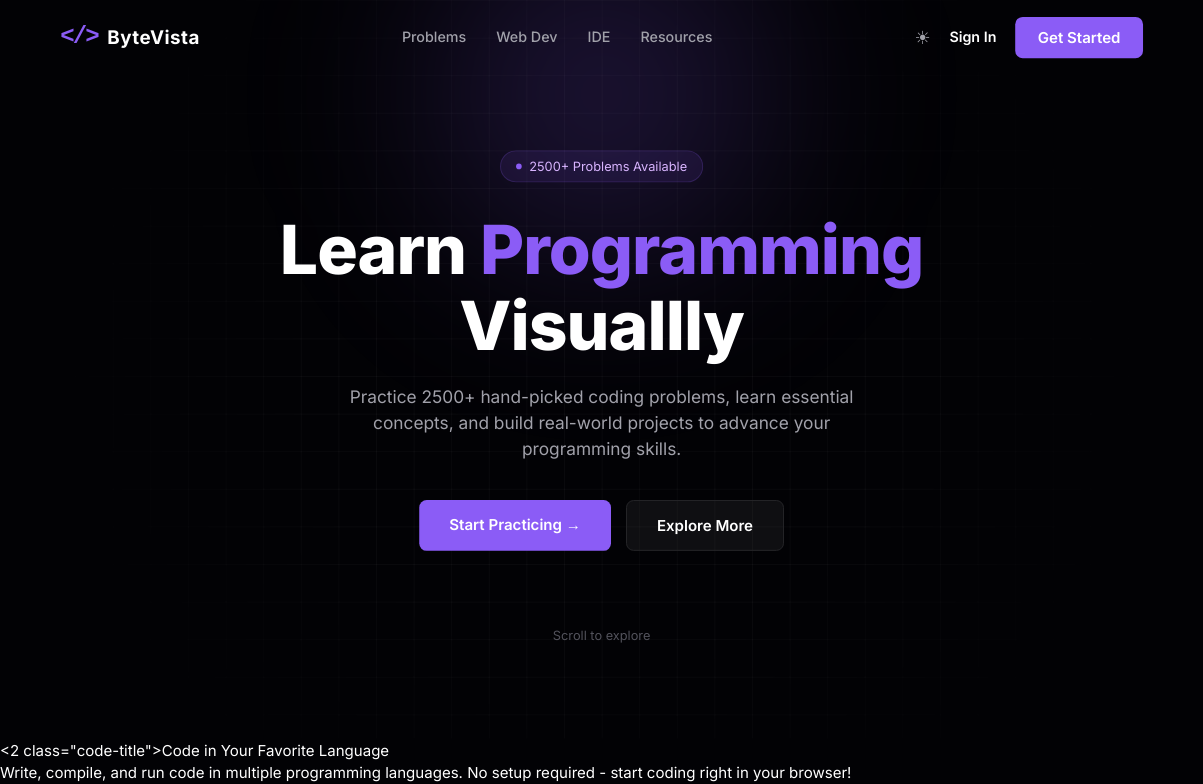
Repository: biswaranjansatapathy2005-lang/ByteVista
Page: frontend/language/language.html
An editor plug-in stored every save of this project. The page is shown before and after a run of saves, followed by the edit.
The browser window is 1280 px wide. The pictures show the whole page, at 94% of full size.
Some web fonts or font styles are not loaded; a fallback is used.

Above is the page before, as saved 2025-12-13 02:51:59.
Console error: TypeError: Cannot read properties of null (reading 'appendChild')

### frontend/language/language.html
<!DOCTYPE html>
<html lang="en">
<head>
    <meta charset="UTF-8">
    <meta name="viewport" content="width=device-width, initial-scale=1.0">
    <title>ByteVista - Learn Programming Visually</title>
    <link rel="stylesheet" href="language.css">

    <link rel="preconnect" href="https://fonts.googleapis.com">
    <link rel="preconnect" href="https://fonts.gstatic.com" crossorigin>
    <link href="https://fonts.googleapis.com/css2?family=Inter:wght@400;500;600;700;800&family=Courier+New:wght@700&display=swap" rel="stylesheet">

    <link rel="stylesheet" type='text/css' href="https://cdn.jsdelivr.net/gh/devicons/devicon@latest/devicon.min.css" />
</head>
<body>
    <div class="background-wrapper">
        <div class="purple-glow" id="glowEffect"></div>
        <div class="grid-pattern"></div>
    </div>
    <header class="navbar" id="navbar">
        <div class="container nav-container">
            <a href="#" class="brand-logo">
                <span class="logo-icon">&lt;/&gt;</span>
                <span class="logo-text">ByteVista</span>
            </a>

            <nav class="nav-links">
                <a href="#">Problems</a>
                <a href="#">Web Dev</a>
                <a href="#">IDE</a>
                <a href="#">Resources</a>
            </nav>

            <div class="nav-actions">
                 <button class="theme-toggle" aria-label="Toggle Theme">☀</button>
                 <a href="#" class="btn-signin">Sign In</a>
                 <a href="#" class="btn-primary">Get Started</a>
            </div>
        </div>
    </header>

    <main>
        <section class="hero-section">
            <div class="hero-bg-grid"></div> <div class="container hero-content">

                <div class="hero-badge">
                    <span class="dot"></span> 2500+ Problems Available
                </div>

                <h1>Learn <span class="text-highlight">Programming</span> <br> <span class="text-white">Visuallly</span></h1>

                <p class="hero-desc">
                    Practice 2500+ hand-picked coding problems, learn essential concepts, and build real-world projects to advance your programming skills.
                </p>

                <div class="hero-buttons">
                    <a href="#" class="btn-primary large">Start Practicing &rarr;</a>
                    <a href="#" class="btn-secondary large">Explore More</a>
                </div>

                <div class="scroll-indicator">Scroll to explore</div>
            </div>
        </section>

        <section class="code-section">
        <2 class="code-title">Code in Your Favorite Language</h2>
        <p class="code-subtitle">
            Write, compile, and run code in multiple programming languages. No setup required - start coding right in your browser!
        </p>
    </section>

    <script src="language.js"></script>
</body>
</html>

### frontend/language/language.css
/* --- Variables & Reset --- */
:root {
    --bg-main: #020205;       /* Very dark background */
    --bg-card: #0f0f11;       /* Card background */
    --bg-card-hover: #18181b;
    --primary-color: #8b5cf6; /* Violet/Purple */
    --primary-hover: #7c3aed;
    --text-main: #ffffff;
    --text-muted: #a1a1aa;
    --border-color: #27272a;
    --grid-line: rgba(255, 255, 255, 0.03);
    --font-main: 'Inter', sans-serif;
}

* { margin: 0; padding: 0; box-sizing: border-box; }

body {
    background-color: var(--bg-main);
    color: var(--text-main);
    font-family: var(--font-main);
    line-height: 1.5;
    overflow-x: hidden;
}

.container {
    max-width: 1200px;
    margin: 0 auto;
    padding: 0 24px;
}

a { text-decoration: none; color: inherit; transition: 0.2s; }
ul { list-style: none; }

/* --- Navbar (Glassmorphism) --- */
.navbar {
    position: fixed;
    top: 0; left: 0; width: 100%;
    padding: 18px 0;
    z-index: 1000;
    background-color: transparent;
    transition: all 0.3s ease;
    border-bottom: 1px solid transparent;
}

.navbar.scrolled {
    background: rgba(2, 2, 5, 0.75); /* Dark semi-transparent */
    backdrop-filter: blur(12px);     /* Glass Blur */
    -webkit-backdrop-filter: blur(12px);
    border-bottom: 1px solid rgba(255, 255, 255, 0.08);
    padding: 12px 0;
}

.nav-container {
    display: flex;
    justify-content: space-between;
    align-items: center;
}

/* Logo */
.brand-logo {
    display: flex;
    align-items: center;
    gap: 10px;
}
.logo-icon {
    font-family: 'Courier New', monospace;
    color: var(--primary-color);
    font-weight: 800;
    font-size: 1.6rem;
    letter-spacing: -2px;
}
.logo-text {
    font-weight: 700;
    font-size: 1.25rem;
    letter-spacing: 0.5px;
}

/* Nav Links */
.nav-links { display: flex; gap: 32px; }
.nav-links a {
    color: var(--text-muted);
    font-weight: 500;
    font-size: 0.95rem;
}
.nav-links a:hover { color: #fff; }

/* Nav Buttons */
.nav-actions { display: flex; align-items: center; gap: 20px; }
.theme-toggle { background: none; border: none; color: var(--text-muted); font-size: 1.2rem; cursor: pointer; }
.btn-signin { font-weight: 600; font-size: 0.95rem; }
.btn-primary {
    background-color: var(--primary-color);
    color: #fff;
    padding: 10px 24px;
    border-radius: 8px;
    font-weight: 600;
    transition: transform 0.2s, background-color 0.2s;
}
.btn-primary:hover {
    background-color: var(--primary-hover);
    transform: translateY(-1px);
}

/* --- Hero Section --- */
.hero-section {
    position: relative;
    padding: 160px 0 100px;
    text-align: center;
    overflow: hidden;
}

/* Background Grid Pattern */
.hero-bg-grid {
    position: absolute;
    top: 0; left: 0; width: 100%; height: 100%;
    background-image:
        linear-gradient(var(--grid-line) 1px, transparent 1px),
        linear-gradient(90deg, var(--grid-line) 1px, transparent 1px);
    background-size: 40px 40px;
    mask-image: radial-gradient(circle at center, black 40%, transparent 80%);
    -webkit-mask-image: radial-gradient(circle at center, black 40%, transparent 80%);
    z-index: -1;
    pointer-events: none;
}
.purple-glow {
    position: absolute;
    top: -150px;
    left: 50%;
    transform: translateX(-50%);
    width: 600px;
    height: 500px;
    background: radial-gradient(circle, rgba(139, 92, 246, 0.25) 0%, rgba(2, 1, 10, 0) 70%);
    filter: blur(80px);
    border-radius: 50%;
    transition: transform 0.2s ease-out; /* Smooth movement for JS */
}

.hero-content {
    display: flex;
    flex-direction: column;
    align-items: center;
}

/* Badge Pill */
.hero-badge {
    background: rgba(139, 92, 246, 0.1);
    border: 1px solid rgba(139, 92, 246, 0.2);
    padding: 6px 16px;
    border-radius: 50px;
    font-size: 0.85rem;
    color: #d8b4fe;
    margin-bottom: 32px;
    display: inline-flex;
    align-items: center;
    gap: 8px;
}
.hero-badge .dot {
    width: 6px; height: 6px; background-color: var(--primary-color); border-radius: 50%;
}

/* Typography */
.hero-section h1 {
    font-size: 4.5rem;
    font-weight: 800;
    line-height: 1.1;
    margin-bottom: 24px;
    letter-spacing: -1px;
}
.text-highlight { color: var(--primary-color); }

.hero-desc {
    color: var(--text-muted);
    font-size: 1.15rem;
    max-width: 600px;
    margin-bottom: 40px;
}

/* Hero Buttons */
.hero-buttons { display: flex; gap: 16px; margin-bottom: 80px; }
.btn-primary.large { padding: 14px 32px; font-size: 1rem; }
.btn-secondary.large {
    padding: 14px 32px;
    font-size: 1rem;
    background: rgba(255,255,255,0.05);
    border: 1px solid var(--border-color);
    border-radius: 8px;
    font-weight: 600;
}
.btn-secondary.large:hover { background: rgba(255,255,255,0.1); }

.scroll-indicator {
    color: #52525b;
    font-size: 0.85rem;
    animation: bounce 2s infinite;
}

@keyframes bounce {
    0%, 20%, 50%, 80%, 100% {transform: translateY(0);}
    40% {transform: translateY(-5px);}
    60% {transform: translateY(-3px);}
}

/* --- Languages Section --- */
.languages-section { padding-bottom: 80px; }
.section-title {
    text-align: center;
    margin-bottom: 48px;
    font-size: 2rem;
    font-weight: 700;
}

/* Grid Layout */
.language-grid {
    display: grid;
    grid-template-columns: repeat(auto-fill, minmax(300px, 1fr));
    gap: 20px;
}

/* Card Styling */
.language-card {
    background-color: var(--bg-card);
    border: 1px solid var(--border-color);
    border-radius: 12px;
    padding: 24px;
    display: flex;
    align-items: flex-start;
    gap: 16px;
    cursor: pointer;
    position: relative;
    transition: all 0.3s ease;
    overflow: hidden;
}

/* Card Hover Effects */
.language-card:hover {
    transform: translateY(-4px);
    background-color: var(--bg-card-hover);
    border-color: #3f3f46;
    box-shadow: 0 10px 30px -10px rgba(0,0,0,0.5);
}

/* Glow Effect */
.language-card::before {
    content: '';
    position: absolute;
    top: 0; left: 0; width: 100%; height: 100%;
    background: radial-gradient(600px circle at var(--mouse-x, center) var(--mouse-y, center), rgba(255,255,255,0.04), transparent 40%);
    opacity: 0;
    transition: opacity 0.3s;
    pointer-events: none;
    z-index: 1;
}
.language-card:hover::before { opacity: 1; }

/* Icon Box */
.card-icon {
    width: 44px; height: 44px;
    border-radius: 8px;
    display: flex;
    align-items: center;
    justify-content: center;
    flex-shrink: 0;
}
.card-icon i { font-size: 24px; }
.card-icon span { font-size: 1.2rem; font-weight: bold; color: #fff; }

/* Content */
.card-content { z-index: 2; flex-grow: 1; }
.card-header {
    display: flex; justify-content: space-between; align-items: baseline;
    margin-bottom: 6px;
}
.lang-name { font-size: 1.1rem; font-weight: 600; color: #fff; }
.lang-ext { font-size: 0.8rem; color: #52525b; font-family: monospace; }
.card-desc { font-size: 0.9rem; color: var(--text-muted); line-height: 1.4; }

/* Responsive Adjustments */
@media (max-width: 768px) {
    .hero-section h1 { font-size: 2.5rem; }
    .nav-links { display: none; } /* Hide links on mobile for simplicity */
}

### frontend/language/language.js
document.addEventListener('DOMContentLoaded', () => {

    // --- 1. Navbar Glass Effect Logic ---
    const navbar = document.getElementById('navbar');

    window.addEventListener('scroll', () => {
        if (window.scrollY > 20) {
            navbar.classList.add('scrolled');
        } else {
            navbar.classList.remove('scrolled');
        }
    });


    // --- 2. Language Cards Data ---
    const languages = [
        { name: 'Python', ext: '.py', desc: 'Write and run Python code online with our free compiler', icon: 'devicon-python-plain colored', bg: 'rgba(55, 118, 171, 0.15)' },
        { name: 'JavaScript', ext: '.js', desc: 'Write and run JavaScript code online with our free compiler', icon: 'devicon-javascript-plain colored', bg: 'rgba(247, 223, 30, 0.15)' },
        { name: 'Java', ext: '.java', desc: 'Write and run Java code online with our free compiler', icon: 'devicon-java-plain colored', bg: 'rgba(231, 111, 0, 0.15)' },
        { name: 'Rust', ext: '.rs', desc: 'Write and run Rust code online with our free compiler', icon: 'devicon-rust-plain', bg: '#27272a' }, // Rust is white
        { name: 'C', ext: '.c', desc: 'Write and run C code online with our free compiler', icon: 'devicon-c-plain colored', bg: 'rgba(0, 89, 156, 0.15)' },
        { name: 'C++', ext: '.cpp', desc: 'Write and run C++ code online with our free compiler', icon: 'devicon-cplusplus-plain colored', bg: 'rgba(0, 89, 156, 0.15)' },
        { name: 'C#', ext: '.cs', desc: 'Write and run C# code online with our free compiler', icon: 'devicon-csharp-plain colored', bg: 'rgba(104, 33, 122, 0.15)' },
        { name: 'Swift', ext: '.swift', desc: 'Write and run Swift code online with our free compiler', icon: 'devicon-swift-plain colored', bg: 'rgba(240, 81, 56, 0.15)' },
        { name: 'Ruby', ext: '.rb', desc: 'Write and run Ruby code online with our free compiler', icon: 'devicon-ruby-plain colored', bg: 'rgba(204, 52, 45, 0.15)' },
        { name: 'TypeScript', ext: '.ts', desc: 'Write and run TypeScript code online with our free compiler', icon: 'devicon-typescript-plain colored', bg: 'rgba(49, 120, 198, 0.15)' },
        { name: 'Go', ext: '.go', desc: 'Write and run Go code online with our free compiler', icon: 'devicon-go-original-wordmark colored', bg: 'rgba(0, 173, 216, 0.15)' },
        { name: 'Kotlin', ext: '.kt', desc: 'Write and run Kotlin code online with our free compiler', icon: 'devicon-kotlin-plain colored', bg: 'rgba(127, 82, 255, 0.15)' },
        { name: 'Dart', ext: '.dart', desc: 'Write and run Dart code online with our free compiler', icon: 'devicon-dart-plain colored', bg: 'rgba(0, 180, 171, 0.15)' },
        { name: 'Zig', ext: '.zig', desc: 'Write and run Zig code online with our free compiler', fallback: 'Z', bg: 'rgba(247, 164, 29, 0.15)' },
        { name: 'Carbon', ext: '.carbon', desc: 'Write and run Carbon code online with our free compiler', fallback: 'C', bg: '#27272a' },
        { name: 'WebAssembly', ext: '.wat', desc: 'Write and run WebAssembly code online with our free compiler', icon: 'devicon-wasm-plain colored', bg: 'rgba(101, 79, 240, 0.15)' },
    ];


    // --- 3. Render Cards & Add Hover Effect ---
    const grid = document.getElementById('language-grid');

    languages.forEach(lang => {
        const card = document.createElement('div');
        card.className = 'language-card';

        // Icon Logic
        let iconHtml;
        if (lang.icon) {
            iconHtml = `<i class="${lang.icon}"></i>`;
        } else {
            iconHtml = `<span>${lang.fallback}</span>`;
        }

        card.innerHTML = `
            <div class="card-icon" style="background-color: ${lang.bg}">
                ${iconHtml}
            </div>
            <div class="card-content">
                <div class="card-header">
                    <h3 class="lang-name">${lang.name}</h3>
                    <span class="lang-ext">${lang.ext}</span>
                </div>
                <p class="card-desc">${lang.desc}</p>
            </div>
        `;

        // Mouse Move Glow Effect
        card.addEventListener('mousemove', (e) => {
            const rect = card.getBoundingClientRect();
            const x = e.clientX - rect.left;
            const y = e.clientY - rect.top;
            card.style.setProperty('--mouse-x', `${x}px`);
            card.style.setProperty('--mouse-y', `${y}px`);
        });

        grid.appendChild(card);
    });
});

After the next 2 saves:
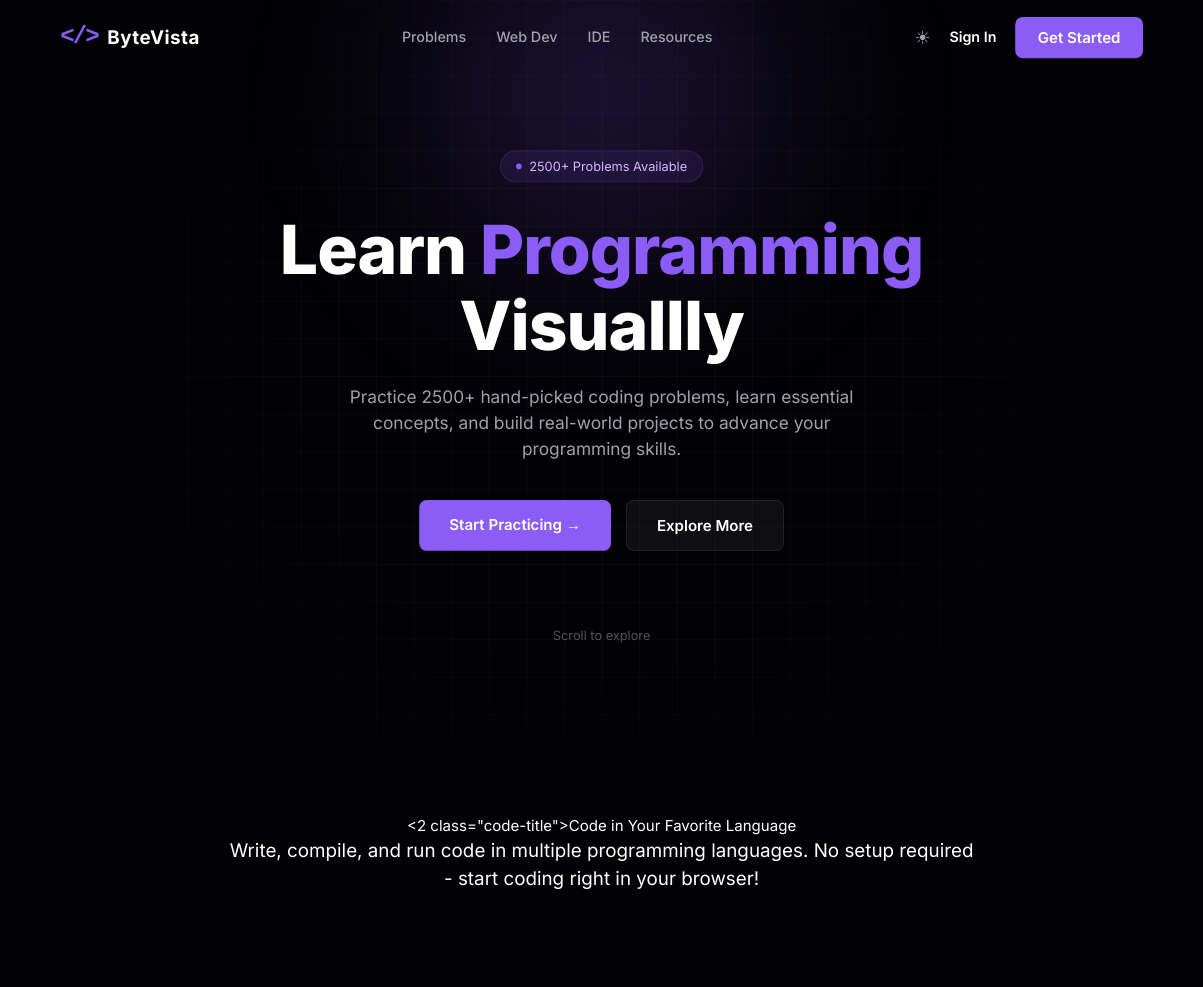
The 2 saves are shown as one change because they came seconds apart.
The last was saved 10 s later.
--- a/frontend/language/language.css
+++ b/frontend/language/language.css
@@ -200,14 +200,27 @@
     60% {transform: translateY(-3px);}
 }
 
-/* --- Languages Section --- */
-.languages-section { padding-bottom: 80px; }
-.section-title {
+/* Code Section */
+.code-section {
     text-align: center;
-    margin-bottom: 48px;
-    font-size: 2rem;
-    font-weight: 700;
-}
+    padding: 80px 0 100px;
+}
+
+.code-title {
+    font-size: 3rem;
+    margin-bottom: 15px;
+    background: linear-gradient(90deg, #7b43f9, #a06eff);
+    background-clip: text;
+    -webkit-text-fill-color: transparent;
+}
+
+.code-subtitle {
+    font-size: 1.25rem;
+    color: var(--color-text-secondary);
+    max-width: 800px;
+    margin: 0 auto;
+}
+
 
 /* Grid Layout */
 .language-grid {

After the save that followed:
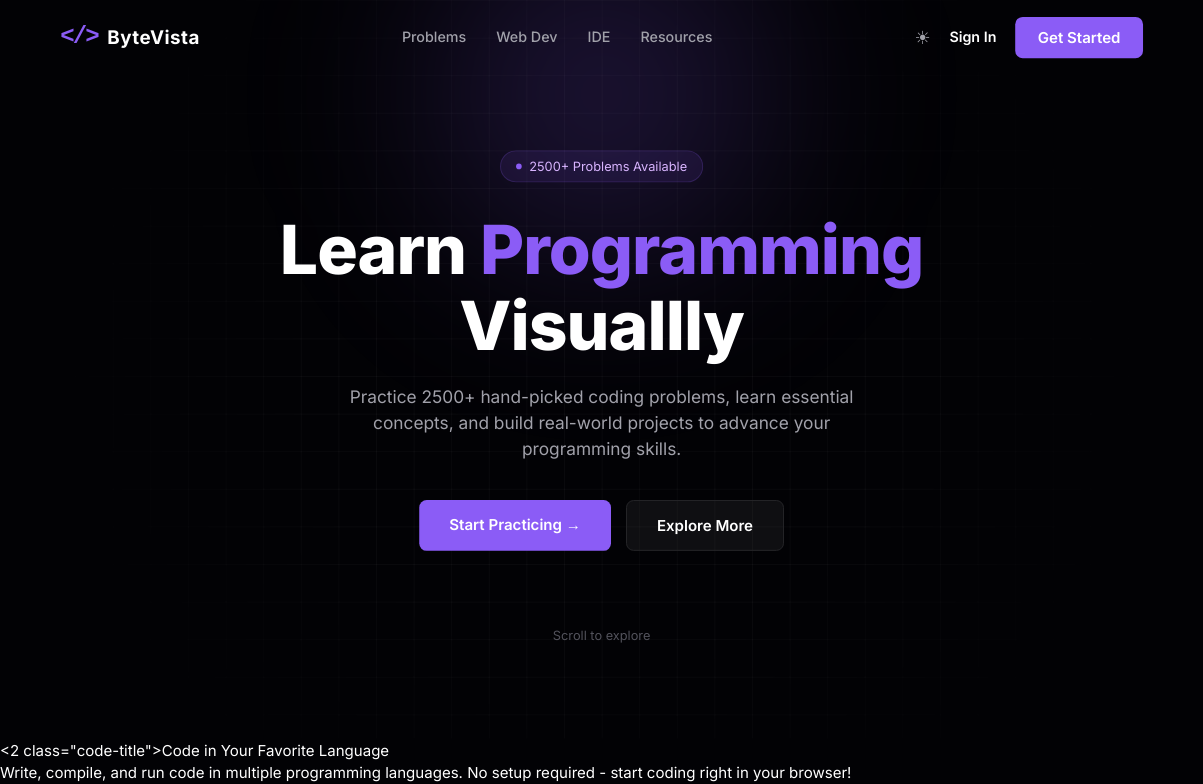
Saved 36 s later.
--- a/frontend/language/language.css
+++ b/frontend/language/language.css
@@ -200,27 +200,14 @@
     60% {transform: translateY(-3px);}
 }
 
-/* Code Section */
-.code-section {
+/* --- Languages Section --- */
+.languages-section { padding-bottom: 80px; }
+.section-title {
     text-align: center;
-    padding: 80px 0 100px;
-}
-
-.code-title {
-    font-size: 3rem;
-    margin-bottom: 15px;
-    background: linear-gradient(90deg, #7b43f9, #a06eff);
-    background-clip: text;
-    -webkit-text-fill-color: transparent;
-}
-
-.code-subtitle {
-    font-size: 1.25rem;
-    color: var(--color-text-secondary);
-    max-width: 800px;
-    margin: 0 auto;
-}
-
+    margin-bottom: 48px;
+    font-size: 2rem;
+    font-weight: 700;
+}
 
 /* Grid Layout */
 .language-grid {
